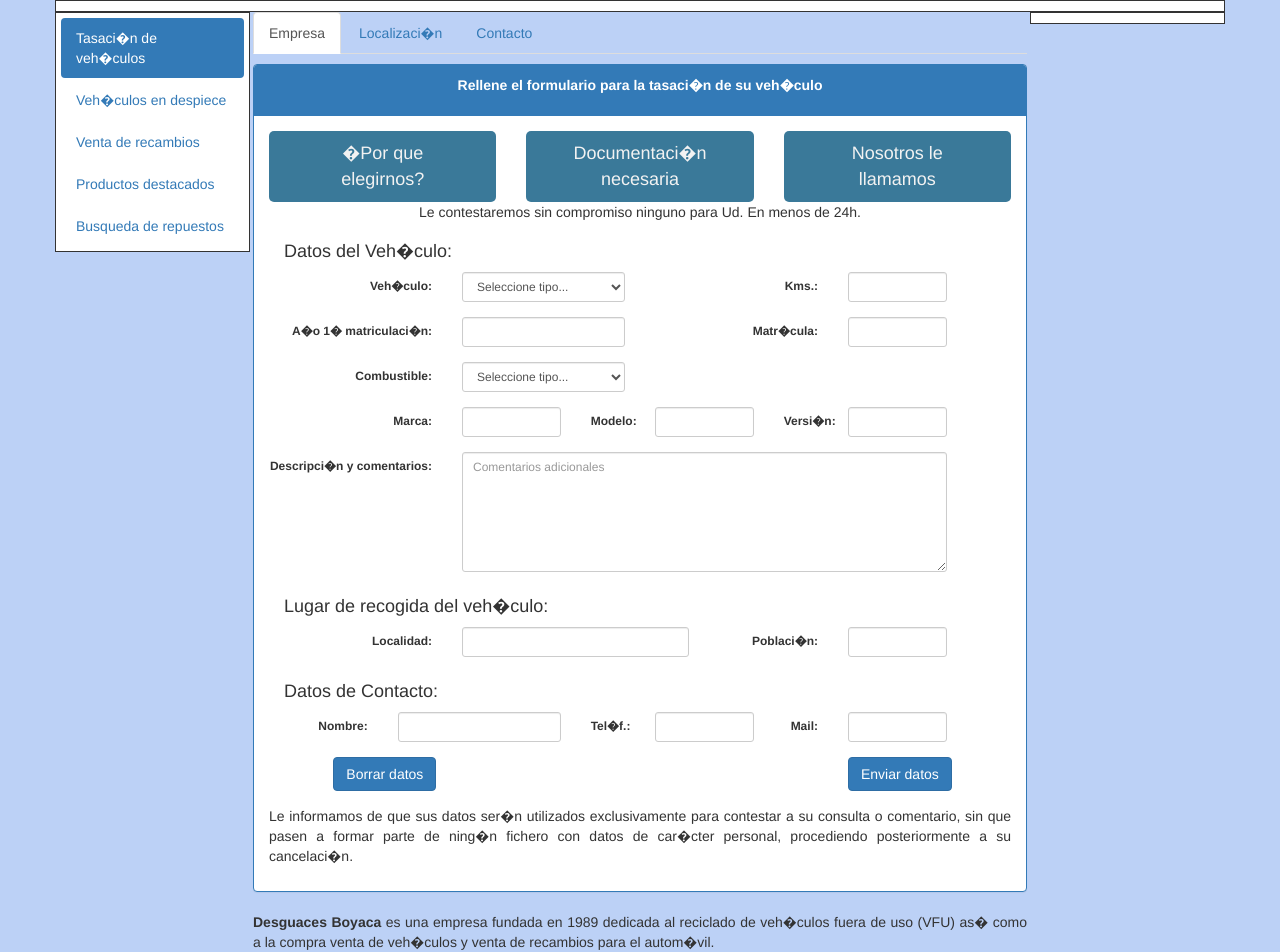
Repository: surrius/pruBoyaca
Page: http://localhost/
These files come from the project's save history. The page is drawn as it stood at one moment and after the next save; the edit follows.
The browser window is 1280 px wide. The pictures show the part of the page from y = 0 to 952 px (the page is 2693 px tall).
The page is run by PHP 8.4 with error messages shown; the project is at /var/www/html/.

Above is the page before, as saved 2016-03-02 10:51:51.

After the next save:
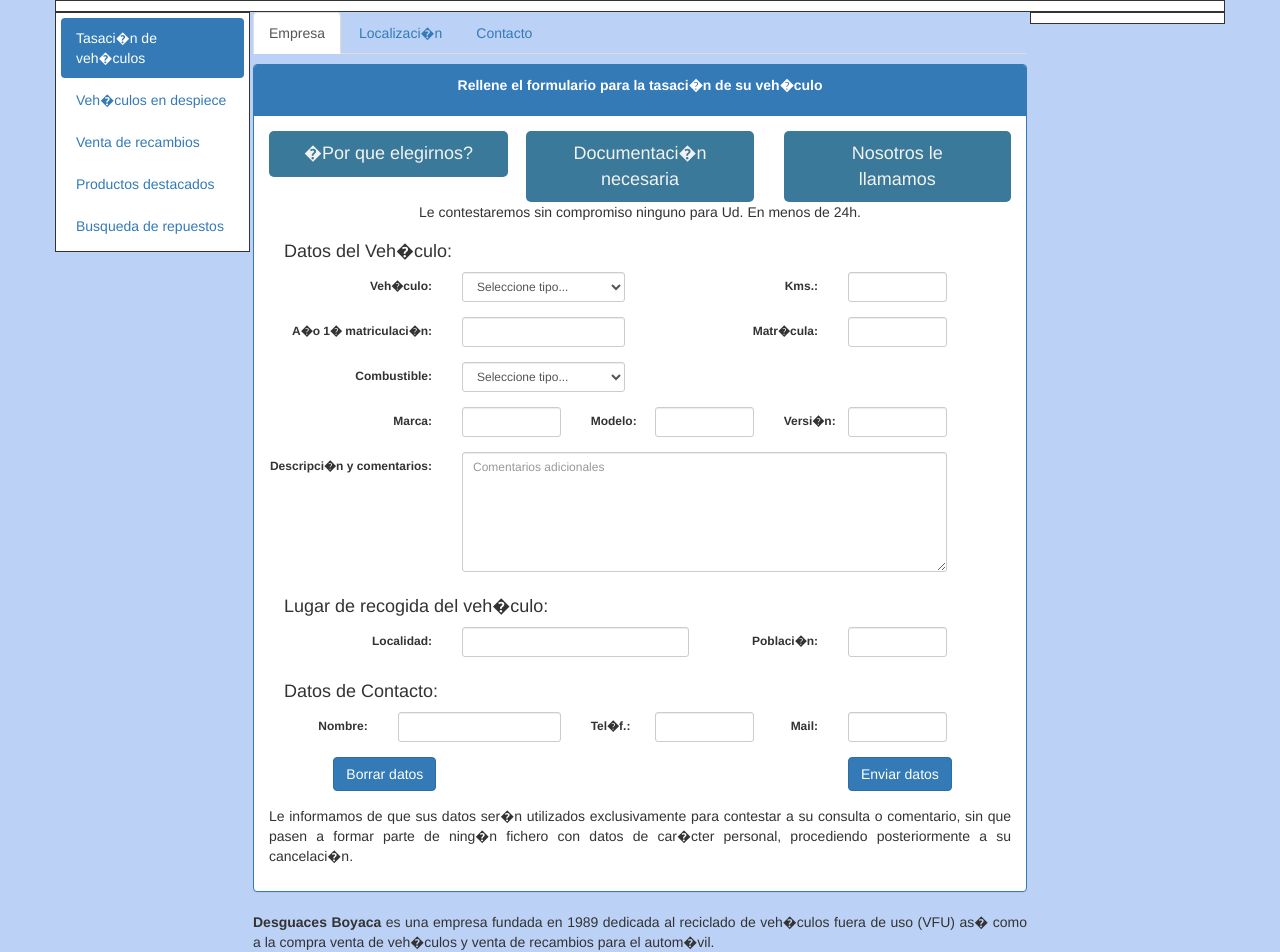
Saved 57 s later.
--- a/Boyaca/includes/menu2/tasacion.php
+++ b/Boyaca/includes/menu2/tasacion.php
@@ -8,7 +8,7 @@
 		<!-- Botones de ayuda tasaciones -->
 		<div class="row">
 			<div class="col-sm-4">
-				<button id="botTasPorque" class="bot-tasacion">¿Por que elegirnos?</button>
+				<button id="botTasPorque" class="btn btn-primary bot-tasacion">¿Por que elegirnos?</button>
 			</div>
 			<div class="col-sm-4">
 				<button id="botTasDocu" class="bot-tasacion">Documentación necesaria</button>
